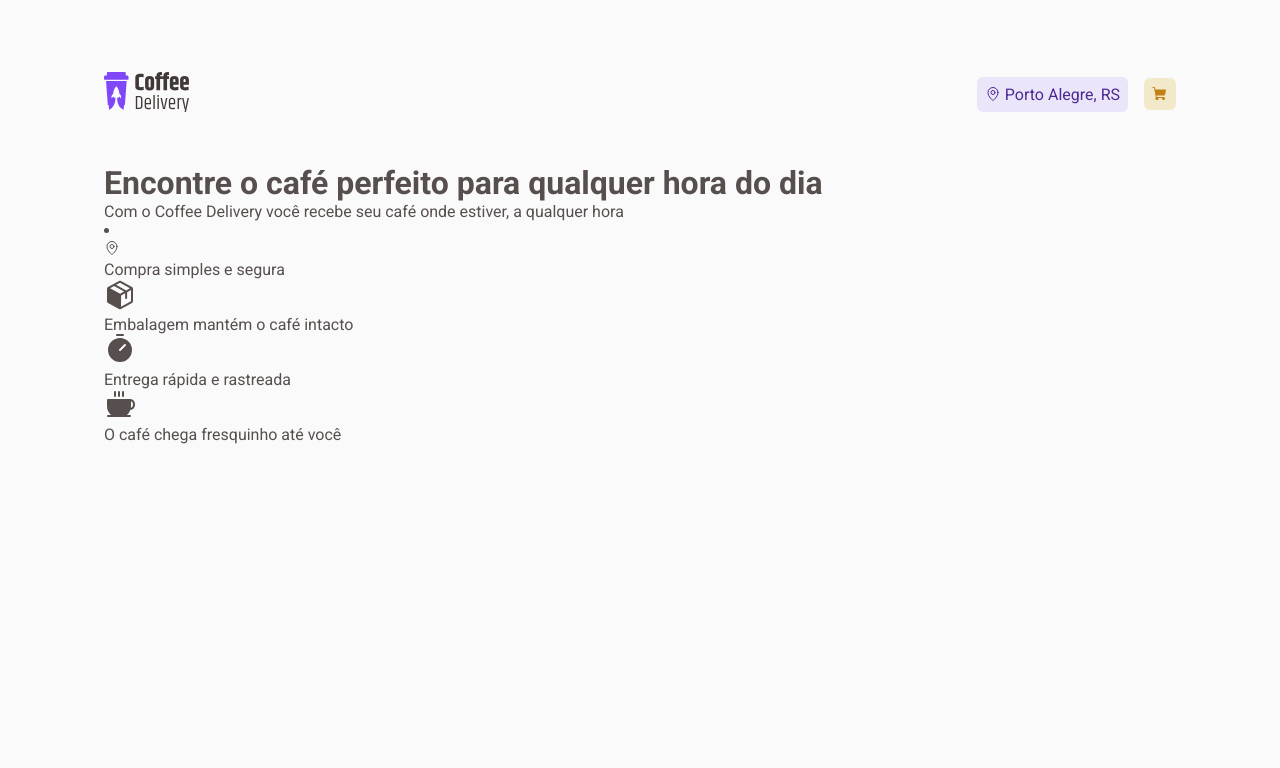
Repository: guilhermecardoso93/react-coffee-delivery
Page: /
The author's editor kept a copy of each file at every save. The page is drawn from the files as they stood at one save, then again after the next save.
The browser window is 1280 px wide. The pictures show the whole page.
The project was rebuilt for these pictures with package versions that can differ from the ones it lists, and the page was loaded fresh each time. Also part of the build but not shown: vite.config.ts.

Above is the page before, as saved 2022-07-17 16:45:59.

After the next save:
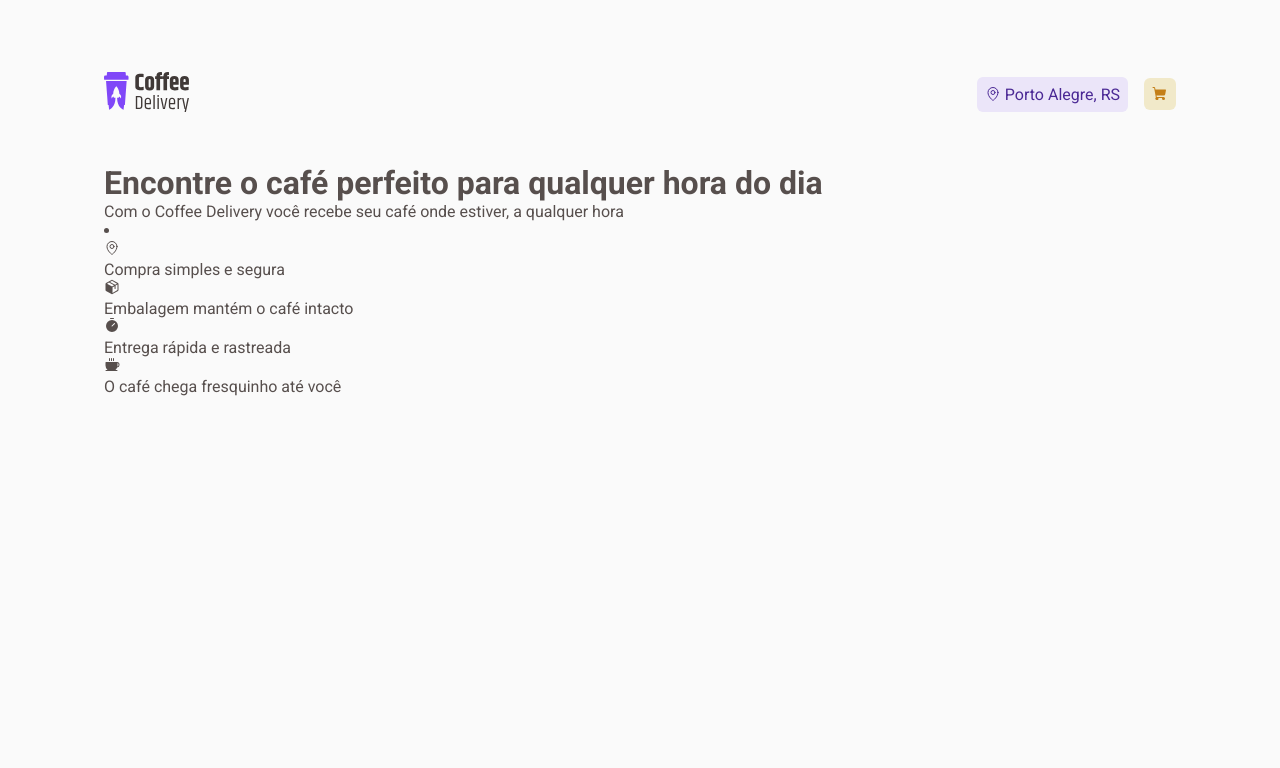
Saved 25 s later.
--- a/src/components/pages/components/Home/index.tsx
+++ b/src/components/pages/components/Home/index.tsx
@@ -12,19 +12,19 @@
         </span>
         <li>
           <ul>
-            <MapPin />
+            <MapPin size={16} />
             <p>Compra simples e segura</p>
           </ul>
           <ul>
-            <Package size={32} weight="fill" />
+            <Package size={16} weight="fill" />
             <p>Embalagem mantém o café intacto</p>
           </ul>
           <ul>
-            <Timer size={32} weight="fill" />
+            <Timer size={16} weight="fill" />
             <p>Entrega rápida e rastreada</p>
           </ul>
           <ul>
-            <Coffee size={32} weight="fill" />
+            <Coffee size={16} weight="fill" />
             <p>O café chega fresquinho até você</p>
           </ul>
         </li>
